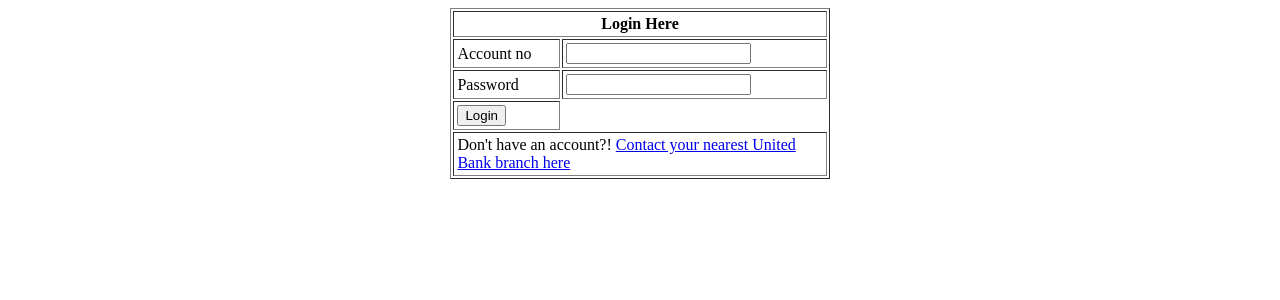
Repository: ameena017/bank-app
Page: http://localhost/banking-app/login.jsp
The author's editor kept a copy of each file at every save. The page is drawn from the files as they stood at one save, then again after the next save.
The browser window is 1280 px wide. The pictures show the whole page.
The page is served by Tomcat 9. Nobody is signed in. The application's start-up code is not run.

Above is the page before, as saved 2017-09-18 05:04:48.

After the next save:
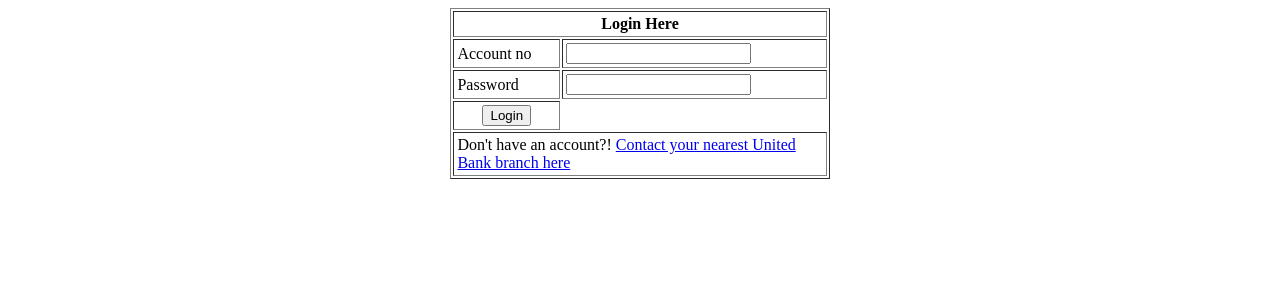
Saved 38 s later.
--- a/banking-app/WebContent/login.jsp
+++ b/banking-app/WebContent/login.jsp
@@ -25,7 +25,7 @@
                         <td><input type="password" name="password" value="" /></td>
                     </tr>
                     <tr>
-                        <td><input type="submit" value="Login" /></td>
+                        <td><center><input type="submit" value="Login" /></center></td>
                        <!--  <td><input type="reset" value="Reset" /></td> -->
                     </tr>
                     <tr>

After the 2 saves that followed:
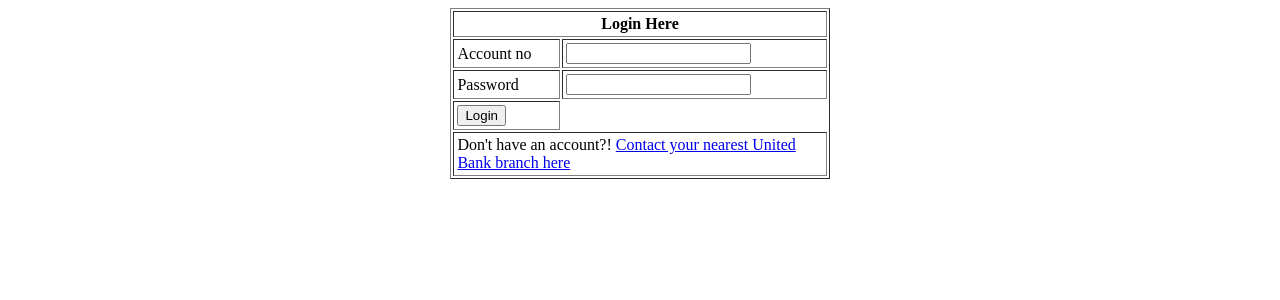
The 2 saves are shown as one change because 1 left the picture as it was.
The last was saved 49 s later.
--- a/banking-app/WebContent/login.jsp
+++ b/banking-app/WebContent/login.jsp
@@ -4,7 +4,7 @@
 <html>
     <head>
         <meta http-equiv="Content-Type" content="text/html; charset=UTF-8">
-        <title>JSP Example</title>
+        <title>Welcome to United Bank</title>
     </head>
     <body>
         <form method="post" action="login.jsp">
@@ -25,7 +25,7 @@
                         <td><input type="password" name="password" value="" /></td>
                     </tr>
                     <tr>
-                        <td><center><input type="submit" value="Login" /></center></td>
+                       <center> <td><input type="submit" value="Login" /></td></center>
                        <!--  <td><input type="reset" value="Reset" /></td> -->
                     </tr>
                     <tr>
